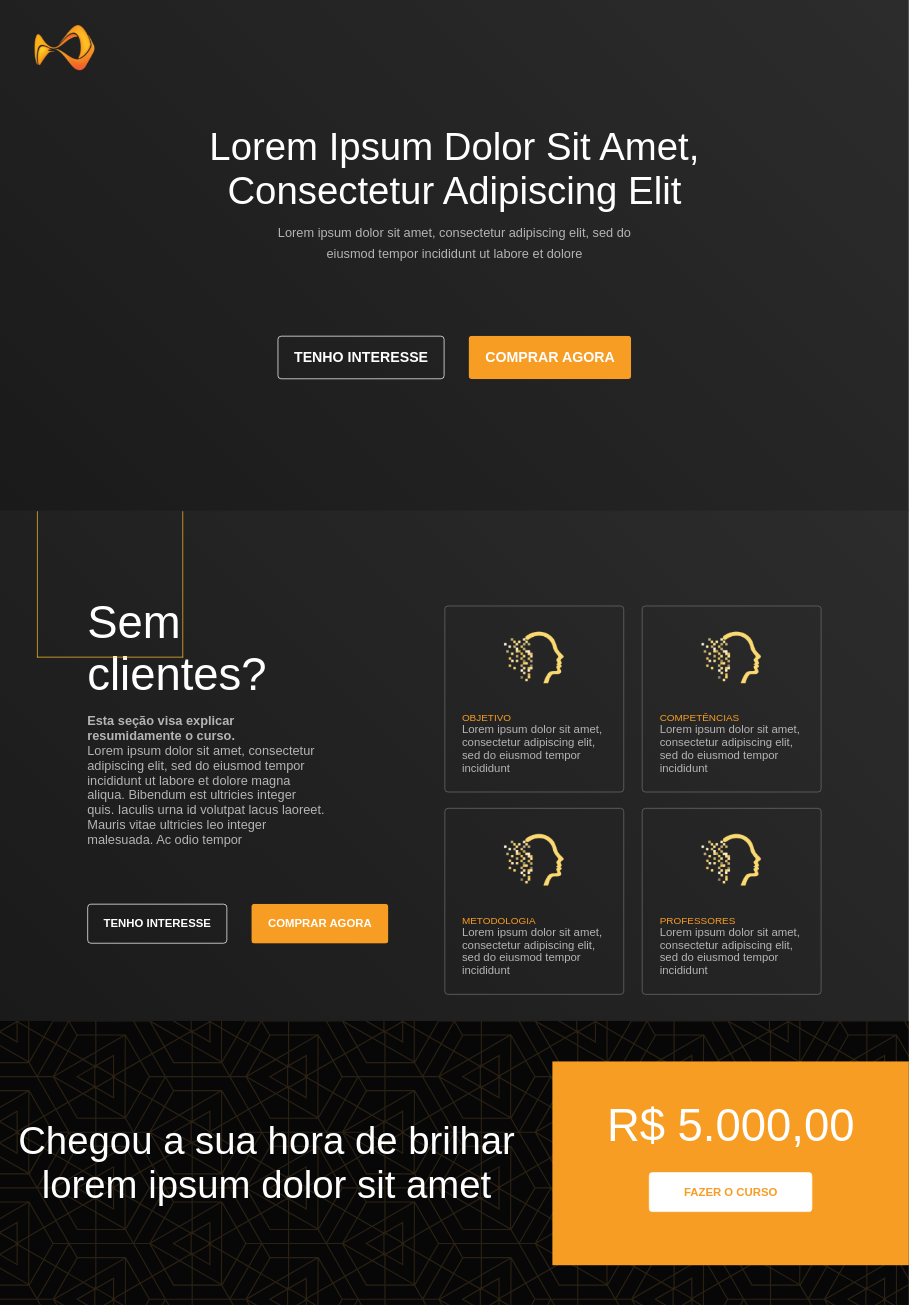
Repository: Rafael-Araujo-dev/Treinamento-Raccoon
Page: Projeto-2/index.html
The author's editor kept a copy of each file at every save. The page is drawn from the files as they stood at one save, then again after a run of saves.
The browser window is 1280 px wide. The pictures show the whole page, at 71% of full size.
Some web fonts or font styles are not loaded; a fallback is used.

Above is the page before, as saved 2021-09-23 11:20:56.

After the next 4 saves:
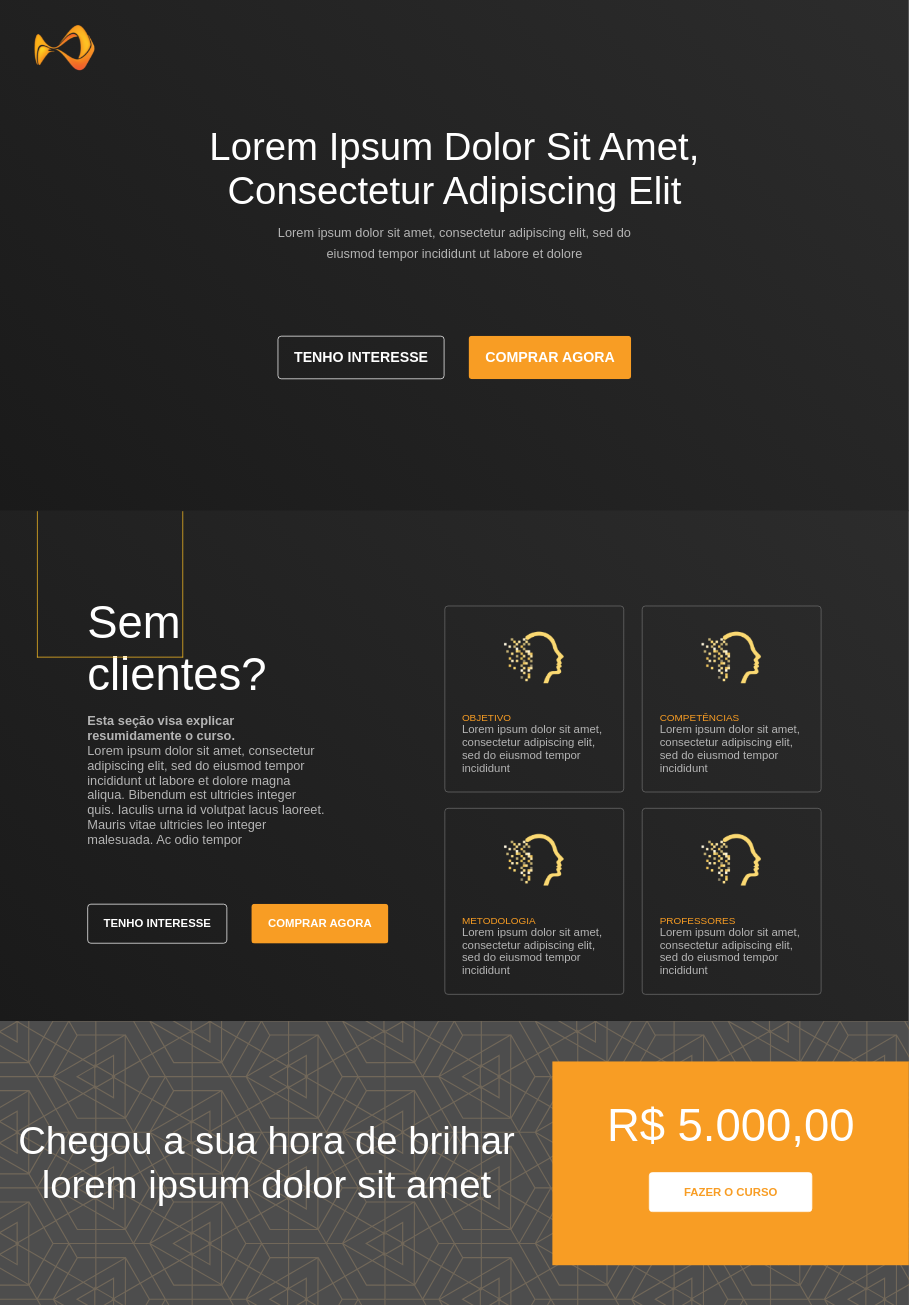
The 4 saves are shown as one change because they came seconds apart.
The last was saved 10 s later.
--- a/Projeto-2/css/style.css
+++ b/Projeto-2/css/style.css
@@ -340,7 +340,7 @@
 }
 
 .take-course .container{
-    background-color: rgba(0,0,0,0.7);
+    background-color: rgba(100,100,100,0.7);
 }
 
 .take-course .container {
